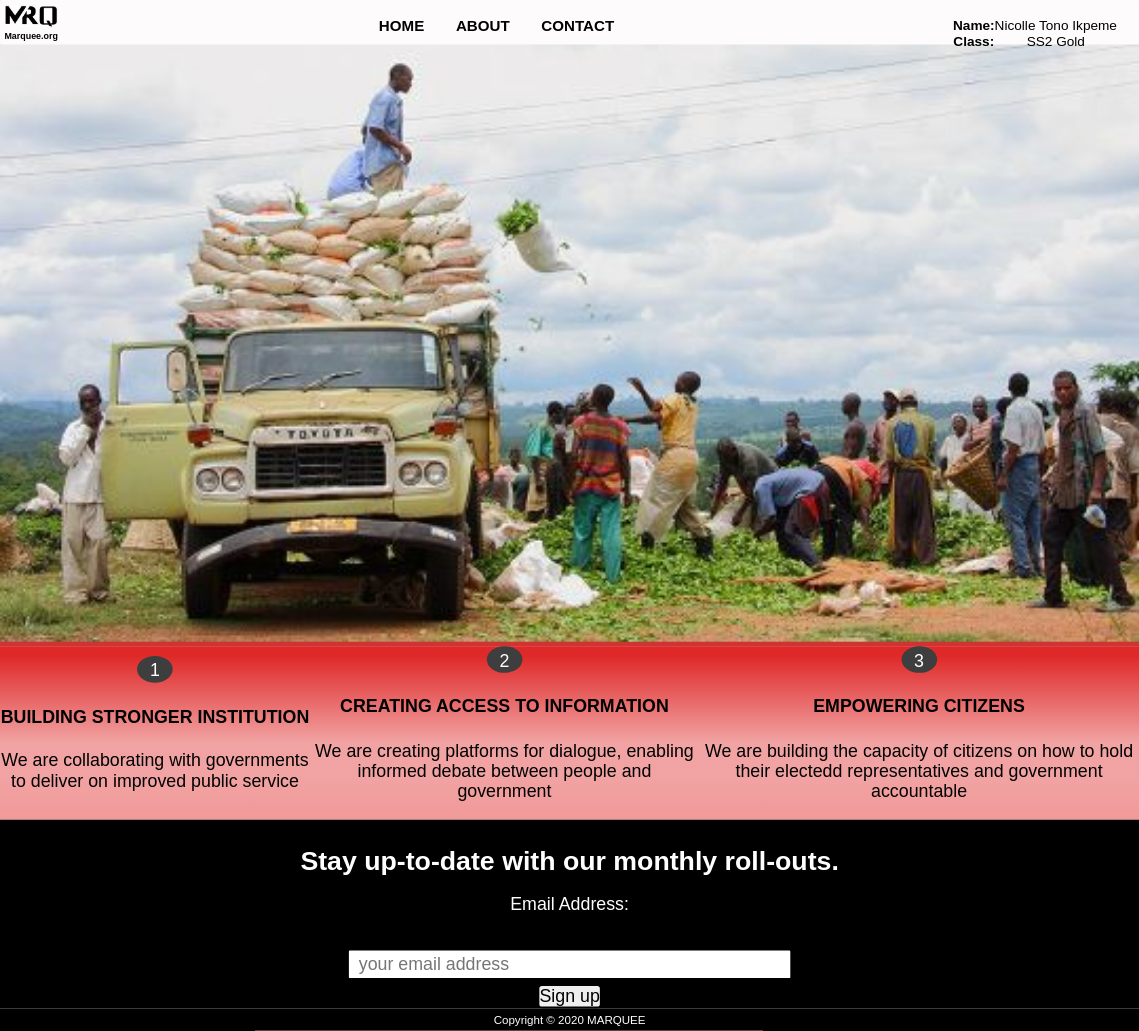
Repository: pboi18/Marquee.org
Page: home.html
The author's editor kept a copy of each file at every save. The page is drawn from the files as they stood at one save, then again after the next save.
The browser window is 1280 px wide. The pictures show the whole page, at 89% of full size.

Above is the page before, as saved 2020-07-11 23:19:36.

After the next save:
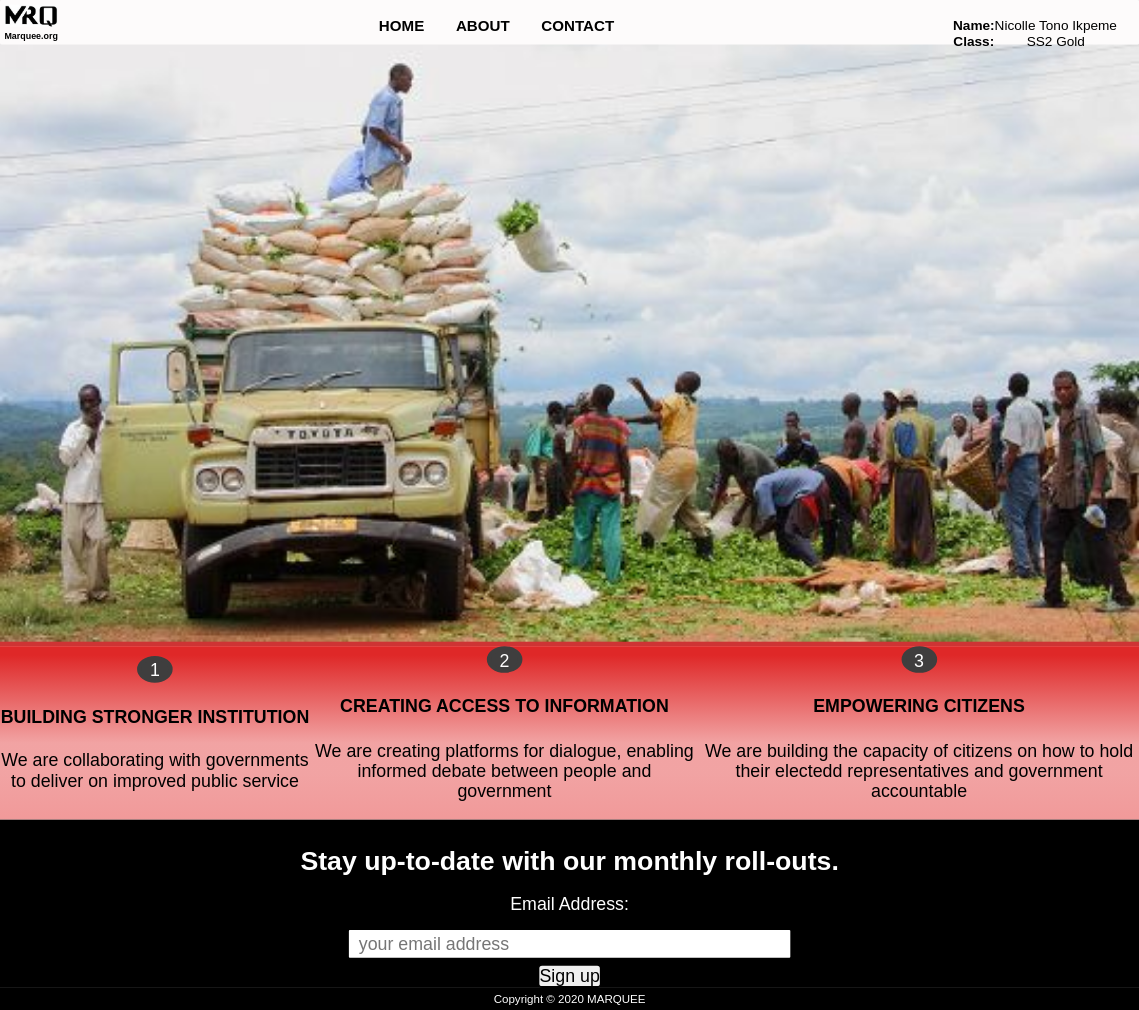
Saved 21 s later.
--- a/home.html
+++ b/home.html
@@ -101,7 +101,7 @@
                     <h2 style="color: white; padding-top: 30px; padding-bottom: 10px; margin: 0;">Stay up-to-date with our monthly roll-outs.</h2>
 
                     <form style="text-align: center;">
-                    <label style="color: white;">Email Address:</label><br>
+                    <label style="color: white;">Email Address:</label>
                     <input type="email" name="email" placeholder="  your email address" style=" width: 500px; border-radius: 3px; margin: 5px auto;" required>
                     <button type="submit" value="SIGN UP" name="sign up">Sign up</button>
                     </form>
